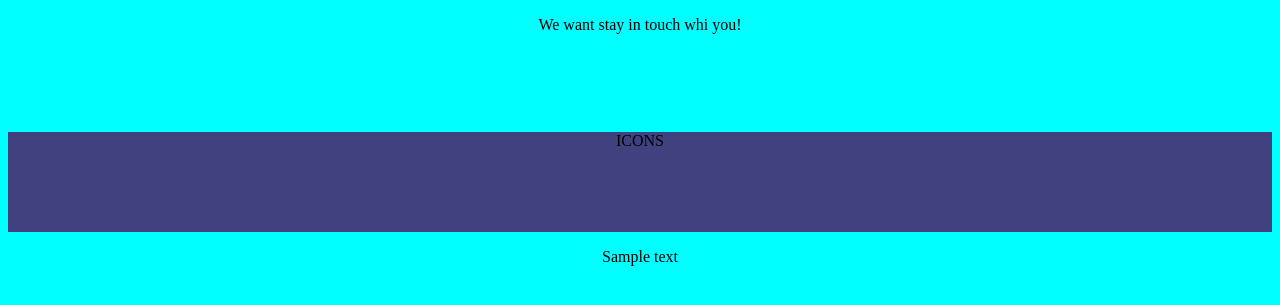
Repository: JhonMercedes/profile
Page: index.html
The author's editor kept a copy of each file at every save. The page is drawn from the files as they stood at one save, then again after the next save.
The browser window is 1280 px wide. The pictures show the whole page.

Above is the page before, as saved 2021-12-08 02:03:12.

After the next save:
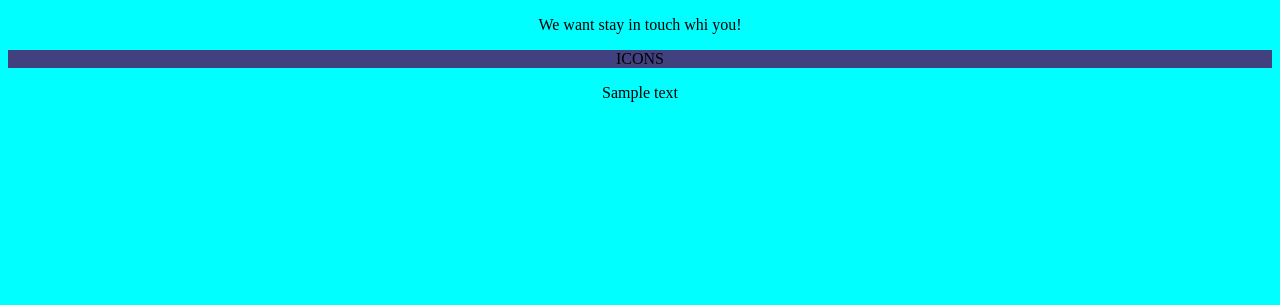
Saved 15 s later.
--- a/style.css
+++ b/style.css
@@ -4,7 +4,7 @@
 
 .container, .container2, .container3 {
     width: 100%;
-    height: 100px;
+    height: 100px 2%;
     text-align: center;
     padding: auto;
 }
